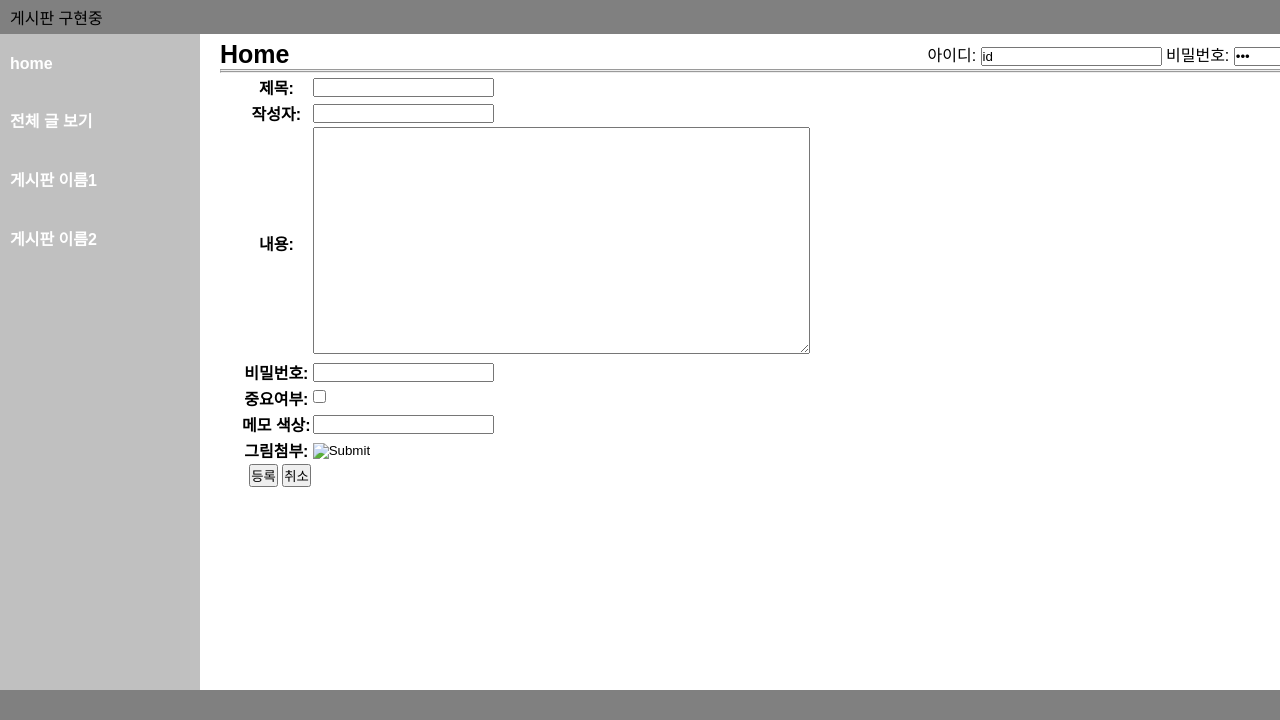
Repository: hyeon-jin-park/study
Page: work/internet_programing/Test_final/public/input.html
The author's editor kept a copy of each file at every save. The page is drawn from the files as they stood at one save, then again after the next save.
The browser window is 1280 px wide. The pictures show the whole page.

Above is the page before, as saved 2025-03-19 11:17:17.

After the next save:
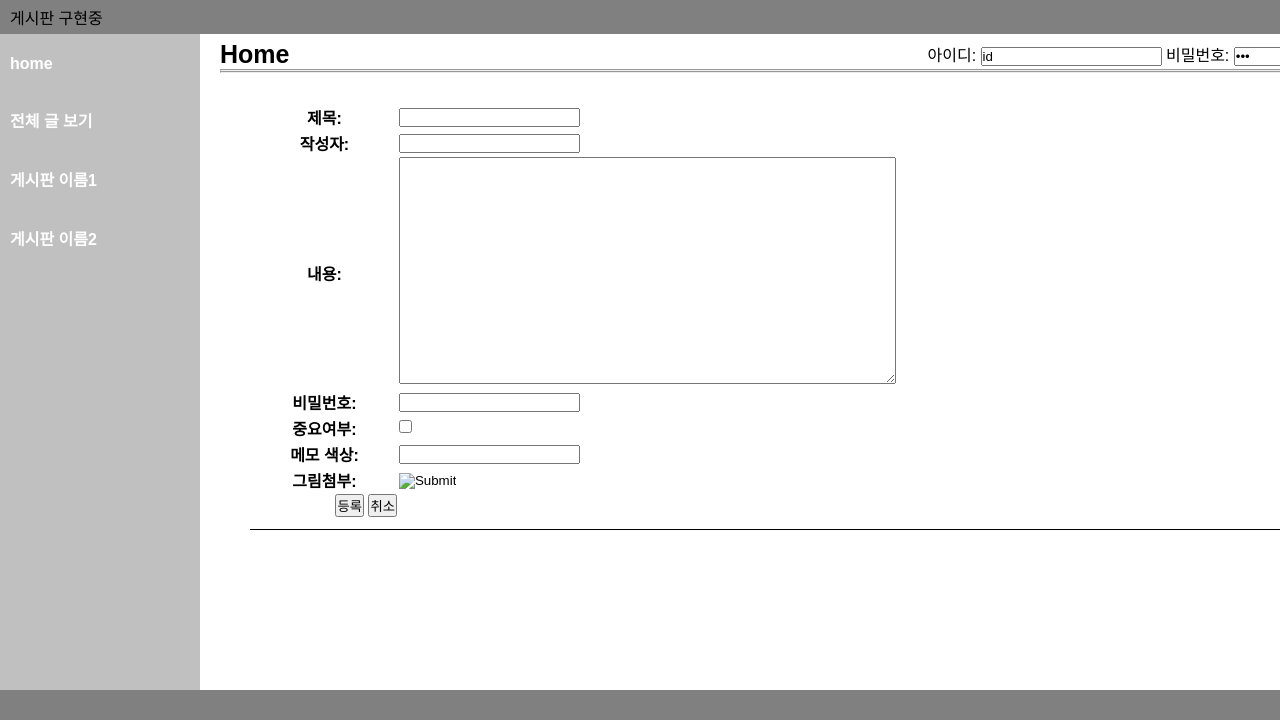
Saved 101 s later.
--- a/work/internet_programing/Test_final/public/input.html
+++ b/work/internet_programing/Test_final/public/input.html
@@ -49,8 +49,8 @@
     	</div>
     	<hr>
     	<hr>
-    	<div style="padding-left:20px">
-    		<table class="input_form">
+    	<div  class="input_form">
+    		<table>
     			<tr>
     				<th>제목: </th>
     				<td><input type="text" name="제목"></td>
--- a/work/internet_programing/Test_final/public/layout.css
+++ b/work/internet_programing/Test_final/public/layout.css
@@ -85,6 +85,9 @@
 			font-size: 25px;
 
 		}
+		.input_form{
+			padding:20px;
+		}
 		.input_form table{
 			white-space: nowrap;
 			width:100%;
